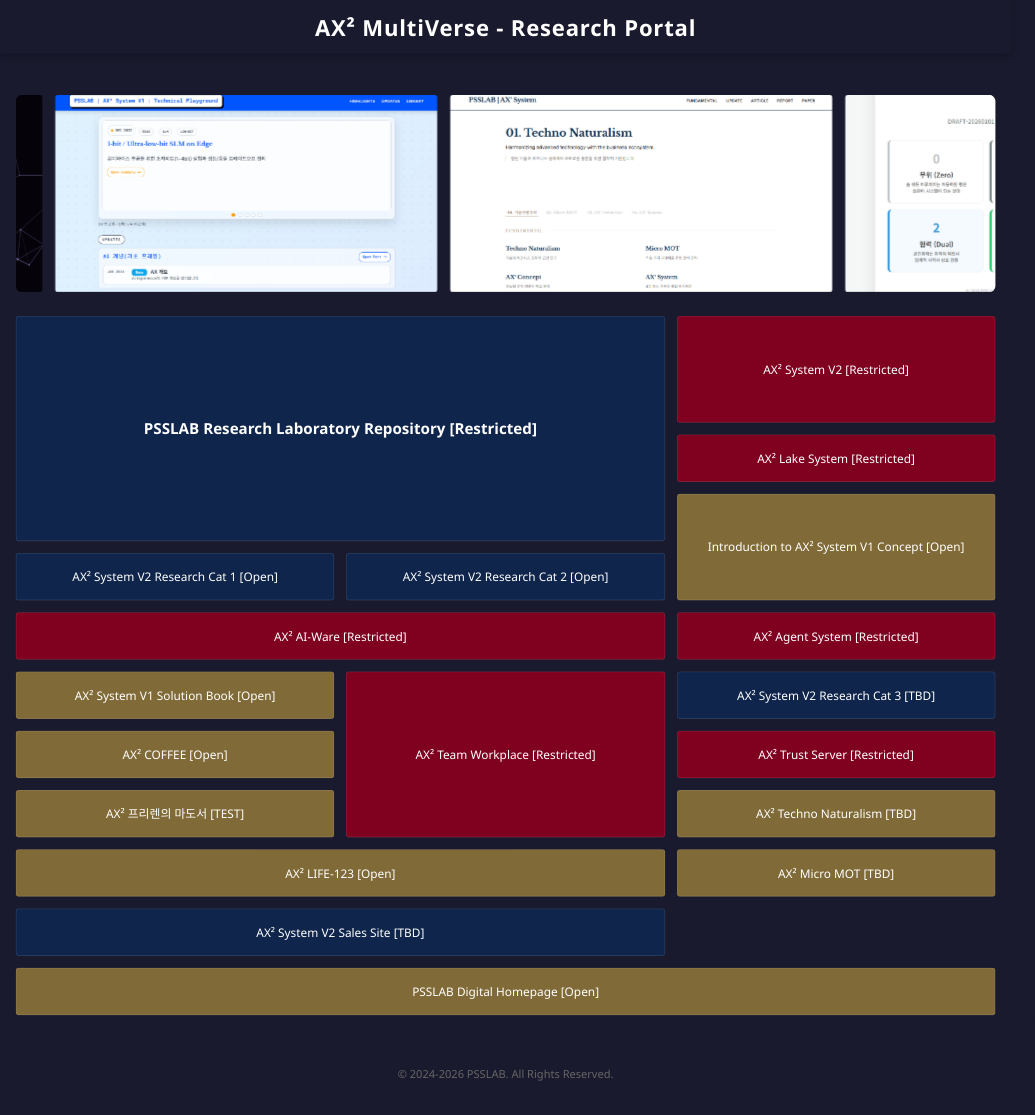
Repository: hycse89/PSSLAB_OpenSite
Page: psslab_multiverse_v3.html
These files come from the project's save history. The page is drawn as it stood at one moment and after a run of saves; the edit follows.
The browser window is 1280 px wide. The page is 1310 px wide, so the pictures cover 1310 px, including what lies to the right of the window. The pictures show the whole page, at 79% of full size.

Above is the page before, as saved 2026-01-11 21:11:14.

### psslab_multiverse_v3.html
<!DOCTYPE html>
<html lang="en">
<head>
    <meta charset="UTF-8">
    <meta name="viewport" content="width=device-width, initial-scale=1.0">
    <title>PSSLAB MultiVerse Campus - Mondrian Edition</title>

    <link rel="icon" type="image/png" href="favicon.png">

    <style>
        /* General Page Styles */
        body {
            margin: 0;
            background-color: #1a1a2e;
            font-family: 'Segoe UI', Arial, sans-serif;
            display: flex;
            flex-direction: column;
            align-items: center;
            min-height: 100vh;
            color: #ffffff;
        }

        /* Fixed Header */
        .header {
            position: fixed;
            top: 0;
            left: 0;
            width: 100%;
            background-color: #1a1a2e;
            color: #ffffff;
            z-index: 1000;
            padding: 15px 0;
            box-shadow: 0 2px 10px rgba(0,0,0,0.3);
        }

        .header h1 {
            font-size: 28px;
            margin: 0;
            text-align: center;
            letter-spacing: 1px;
        }

        /* Main content container */
        .main-content {
            margin-top: 100px;
            width: 100%;
            max-width: 1400px;
            display: flex;
            flex-direction: column;
            align-items: center;
            padding: 20px;
            box-sizing: border-box;
        }

        /* Image Slider Container */
        .slider-container {
            width: 100%;
            overflow: hidden;
            margin-bottom: 30px;
            border-radius: 8px;
        }

        .slider-wrapper {
            display: flex;
            width: calc(500px * 13);
            animation: scroll 60s linear infinite;
        }

        .slider-image {
            width: 500px;
            height: 250px;
            flex-shrink: 0;
            padding: 0 8px;
            box-sizing: border-box;
        }

        .slider-image img {
            width: 100%;
            height: 100%;
            object-fit: cover;
            border-radius: 4px;
        }

        @keyframes scroll {
            0% { transform: translateX(0); }
            100% { transform: translateX(calc(-500px * 11)); }
        }

        /* --- Mondrian Grid Layout System --- */
        .link-container {
            display: grid;
            /* 최소 너비 350px 확보 */
            grid-template-columns: repeat(auto-fill, minmax(350px, 1fr));
            /* 60px 단위의 눈금 설정 */
            grid-auto-rows: 60px;
            gap: 15px;
            width: 100%;
            /* 빈 공간을 최적으로 메워주는 설정 */
            grid-auto-flow: dense;
        }

        /* Link Button Base Style */
        .link-button {
            display: flex;
            align-items: center;
            justify-content: center;
            padding: 20px;
            font-size: 15px;
            color: white;
            text-decoration: none;
            border-radius: 4px;
            transition: all 0.3s cubic-bezier(0.25, 0.8, 0.25, 1);
            text-align: center;
            box-sizing: border-box;
            line-height: 1.4;
            border: 1px solid rgba(255,255,255,0.1);
        }

        .link-button:hover {
            transform: scale(1.01);
            filter: brightness(1.2);
            box-shadow: 0 5px 15px rgba(0,0,0,0.3);
            z-index: 2;
        }

        /* --- Mondrian Size Classes (Proportional) --- */
        /* 가로 비중 */
        .w-1 { grid-column: span 1; }
        .w-2 { grid-column: span 2; }
        .w-3 { grid-column: span 3; }

        /* 세로 비중 (60px의 배수) */
        .h-1 { grid-row: span 1; } /* 120px + gap */
        .h-2 { grid-row: span 2; } /* 240px + gap */
        .h-3 { grid-row: span 3; } /* 360px + gap */

        /* 특수 크기: 제목 강조형 */
        .size-hero { grid-column: span 2; grid-row: span 4; font-size: 1.2rem; font-weight: bold; }

        /* Button Colors */
        .color-1 { background-color: #0F254B; }
        .color-2 { background-color: #800020; }
        .color-3 { background-color: #806a37; }

        footer {
            width: 100%;
            padding: 30px;
            text-align: center;
            background-color: #1a1a2e;
            color: #666;
            font-size: 14px;
        }

        /* Responsive */
        @media (max-width: 768px) {
            .link-container { grid-template-columns: 1fr; }
            .w-2, .h-2, .h-3, .size-hero { grid-column: span 1; grid-row: span 2; }
        }
    </style>
</head>
<body>

    <header class="header">
        <h1>AX² MultiVerse - Research Portal</h1>
    </header>

    <main class="main-content">
        <div class="slider-container">
            <div class="slider-wrapper">
                <div class="slider-image"><img src="./images/Image2.png" alt="2"></div>
                <div class="slider-image"><img src="./images/Image21.png" alt="21"></div>
                <div class="slider-image"><img src="./images/Image22.png" alt="22"></div>
                <div class="slider-image"><img src="./images/Image31.png" alt="31"></div>
                <div class="slider-image"><img src="./images/Image32.png" alt="32"></div>
                <div class="slider-image"><img src="./images/Image11.png" alt="11"></div>
                <div class="slider-image"><img src="./images/Image3.png" alt="3"></div>
                <div class="slider-image"><img src="./images/Image4.png" alt="4"></div>
                <div class="slider-image"><img src="./images/Image5.png" alt="5"></div>
                <div class="slider-image"><img src="./images/Image1.png" alt="1"></div>
                <div class="slider-image"><img src="./images/Image2.png" alt="2"></div>
            </div>
        </div>

        <div class="link-container">
            <a href="https://github.com/hycse89" class="link-button color-1 size-hero">PSSLAB Research Laboratory Repository [Restricted]</a>

            <a href="http://localhost:8008" class="link-button color-2 h-2">AX² System V2 [Restricted]</a>

            <a href="http://localhost:8004" class="link-button color-2 h-1">AX² Lake System [Restricted]</a>

            <a href="ax2_v1_concept/ax2_homepage.html" class="link-button color-3 h-2">Introduction to AX² System V1 Concept [Open]</a>

            <a href="ax2_v1_20260101/index.html" class="link-button color-1 h-1">AX² System V2 Research Cat 1 [Open]</a>

            <a href="http://localhost:8002" class="link-button color-2 w-2 h-1">AX² AI-Ware [Restricted]</a>

            <a href="ax2_v2_20260101/index.html" class="link-button color-1 h-1">AX² System V2 Research Cat 2 [Open]</a>

            <a href="http://localhost:8003" class="link-button color-2 h-1">AX² Agent System [Restricted]</a>

            <a href="ax2_v1_concept/solution_book/index.html" class="link-button color-3 h-1">AX² System V1 Solution Book [Open]</a>

            <a href="http://localhost:8007" class="link-button color-2 h-3">AX² Team Workplace [Restricted]</a>

            <a href="http://localhost:8001/ax_site/ax2_life_123/index.html" class="link-button color-3 w-2 h-1">AX² LIFE-123 [Open]</a>

            <a href="ax2_v3_20260101/index.html" class="link-button color-1 h-1">AX² System V2 Research Cat 3 [TBD]</a>

            <a href="http://localhost:8001/ax_site/ax2_coffee/index.html" class="link-button color-3 h-1">AX² COFFEE [Open]</a>

            <a href="http://localhost:8005" class="link-button color-2 h-1">AX² Trust Server [Restricted]</a>

            <a href="ax2_sales/index.html" class="link-button color-1 w-2 h-1">AX² System V2 Sales Site [TBD]</a>

            <a href="http://localhost:8001/ax_site/ax2_frieren/index.html" class="link-button color-3 h-1">AX² 프리렌의 마도서 [TEST]</a>

            <a href="http://localhost:8001/utils/markdown_viewer.html?file=/ax_research/doc/doc_ax_techno_naturalism_v5.md" class="link-button color-3 h-1">AX² Techno Naturalism [TBD]</a>

            <a href="http://localhost:8001/utils/markdown_viewer.html?file=/ax_research/doc/doc_ax_micro_mot_v2.md" class="link-button color-3 h-1">AX² Micro MOT [TBD]</a>

            <a href="http://www.psslab.co.kr" class="link-button color-3 w-3 h-1">PSSLAB Digital Homepage [Open]</a>
        </div>
    </main>

    <footer>
        <p>&copy; 2024-2026 PSSLAB. All Rights Reserved.</p>
    </footer>

</body>
</html>

After the next 2 saves:
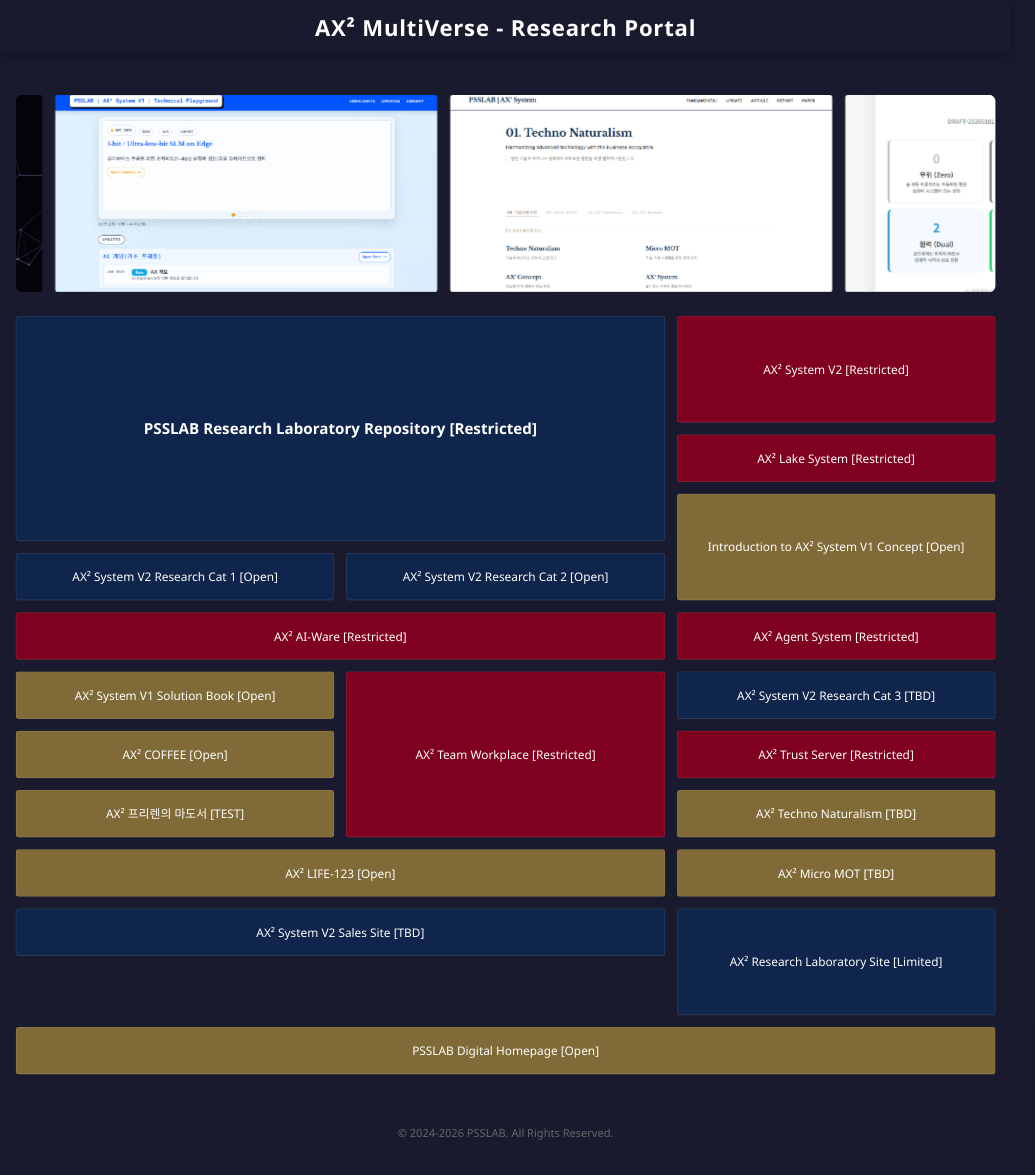
The 2 saves are shown as one change because they came seconds apart.
The last was saved 6 s later.
--- a/psslab_multiverse_v3.html
+++ b/psslab_multiverse_v3.html
@@ -218,6 +218,8 @@
 
             <a href="http://localhost:8001/utils/markdown_viewer.html?file=/ax_research/doc/doc_ax_micro_mot_v2.md" class="link-button color-3 h-1">AX² Micro MOT [TBD]</a>
 
+            <a href="https://hycse89.github.io/PSSLAB_OpenSite/ax2_research_lab/" class="link-button color-1 h-2">AX² Research Laboratory Site [Limited]</a>
+
             <a href="http://www.psslab.co.kr" class="link-button color-3 w-3 h-1">PSSLAB Digital Homepage [Open]</a>
         </div>
     </main>
